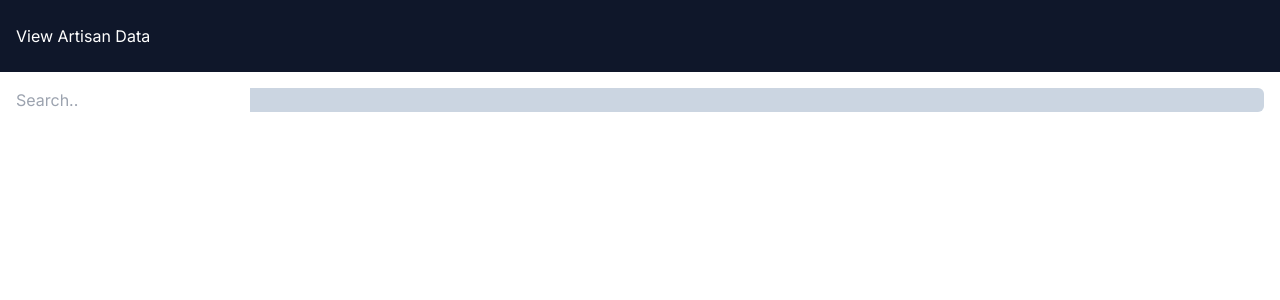
Repository: marcusdashe/artisanindex_frontend
Page: /components/ViewArtisanDataScreen
The author's editor kept a copy of each file at every save. The page is drawn from the files as they stood at one save, then again after a run of saves.
The browser window is 1280 px wide. The pictures show the whole page.
The project was rebuilt for these pictures with package versions that can differ from the ones it lists, and the page was loaded fresh each time. The framework's server and built-in components were replaced by stand-ins that run in the browser. Also part of the build but not shown: next.config.js.

Above is the page before, as saved 2023-03-07 13:07:12.

### pages/_document.js
import { Html, Head, Main, NextScript } from "next/document";

export default function Document() {
  return (
    <Html lang="en">
      <Head>
        <link rel="preconnect" href="https://fonts.googleapis.com" />
        <link
          rel="preconnect"
          href="https://fonts.gstatic.com"
          crossOrigin="true"
        />
        <link
          href="https://fonts.googleapis.com/css2?family=Inter:wght@100;200;300;400;500;600&display=swap"
          rel="stylesheet"
        />
      </Head>
      <body>
        <Main />
        <NextScript />
      </body>
    </Html>
  );
}

### pages/components/ViewArtisanDataScreen.js
import React from "react";

function ViewArtisanDataScreen() {
  return (
    <div className="w-full h-[100vh]">
      <div className="w-full h-[10vh] bg-slate-900 flex items-center content-center justify-start p-4">
        <h1 className="text-white">View Artisan Data</h1>
      </div>
      <div className="w-full h-[90vh] p-4 overflow-y-scroll overflow-x-hidden">
        <div className="bg-slate-300 rounded-md">
          <input type="text" placeholder="Search.." />
        </div>
      </div>
    </div>
  );
}

export default ViewArtisanDataScreen;

### styles/globals.css
@tailwind base;
@tailwind components;
@tailwind utilities;

@layer base {
  html {
    font-family: "Inter", sans-serif;
  }
}

### tailwind.config.js
/** @type {import('tailwindcss').Config} */

module.exports = {
  content: [
    "./pages/**/*.{js,ts,jsx,tsx}",
    "./components/**/*.{js,ts,jsx,tsx}",
  ],
  theme: {
    extend: {},
  },
  plugins: [],
};

Loaded but not shown: pages/_app.js (common file)

After the next 2 saves:
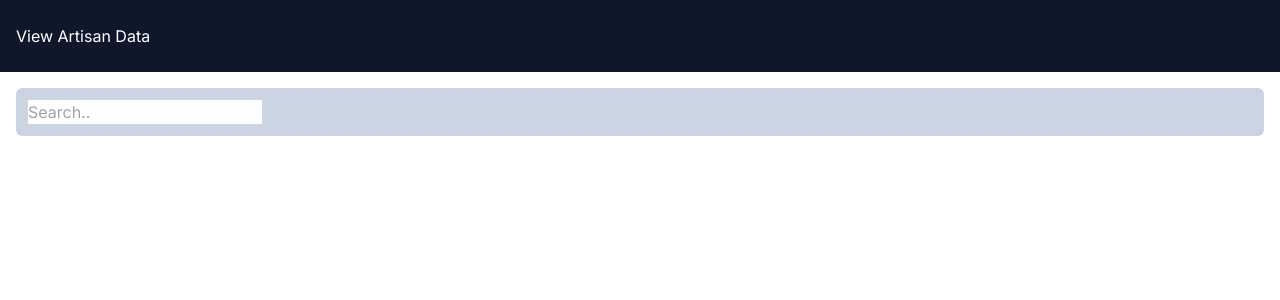
The 2 saves are shown as one change because they came seconds apart.
The last was saved 10 s later.
--- a/pages/components/ViewArtisanDataScreen.js
+++ b/pages/components/ViewArtisanDataScreen.js
@@ -7,7 +7,7 @@ function ViewArtisanDataScreen() {
         <h1 className="text-white">View Artisan Data</h1>
       </div>
       <div className="w-full h-[90vh] p-4 overflow-y-scroll overflow-x-hidden">
-        <div className="bg-slate-300 rounded-md">
+        <div className="bg-slate-300 rounded-md p-3">
           <input type="text" placeholder="Search.." />
         </div>
       </div>
